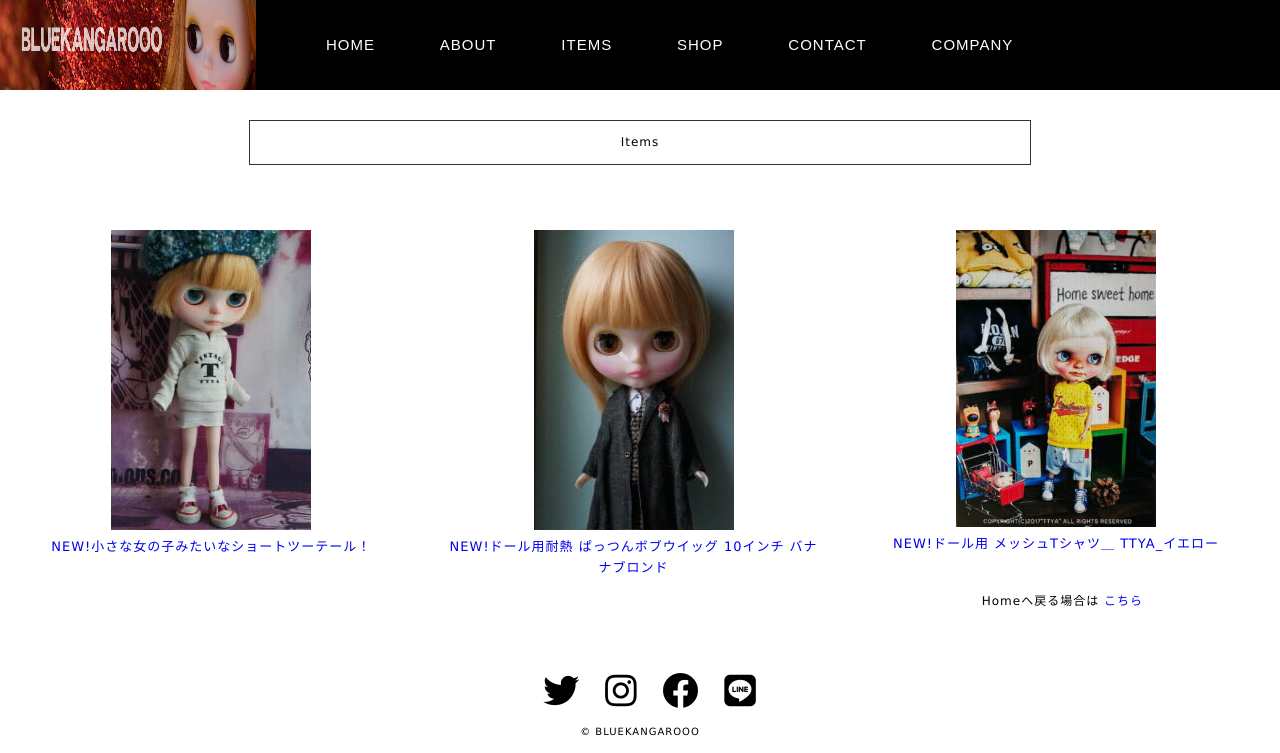
Repository: xiezom/test
Page: http://localhost/ecsite/items.jsp
The author's editor kept a copy of each file at every save. The page is drawn from the files as they stood at one save, then again after the next save.
The browser window is 1280 px wide. The pictures show the whole page.
Some web libraries are served in a nearby version. The page is served by Tomcat 9.

Above is the page before, as saved 2019-03-26 04:43:39.

After the next save:
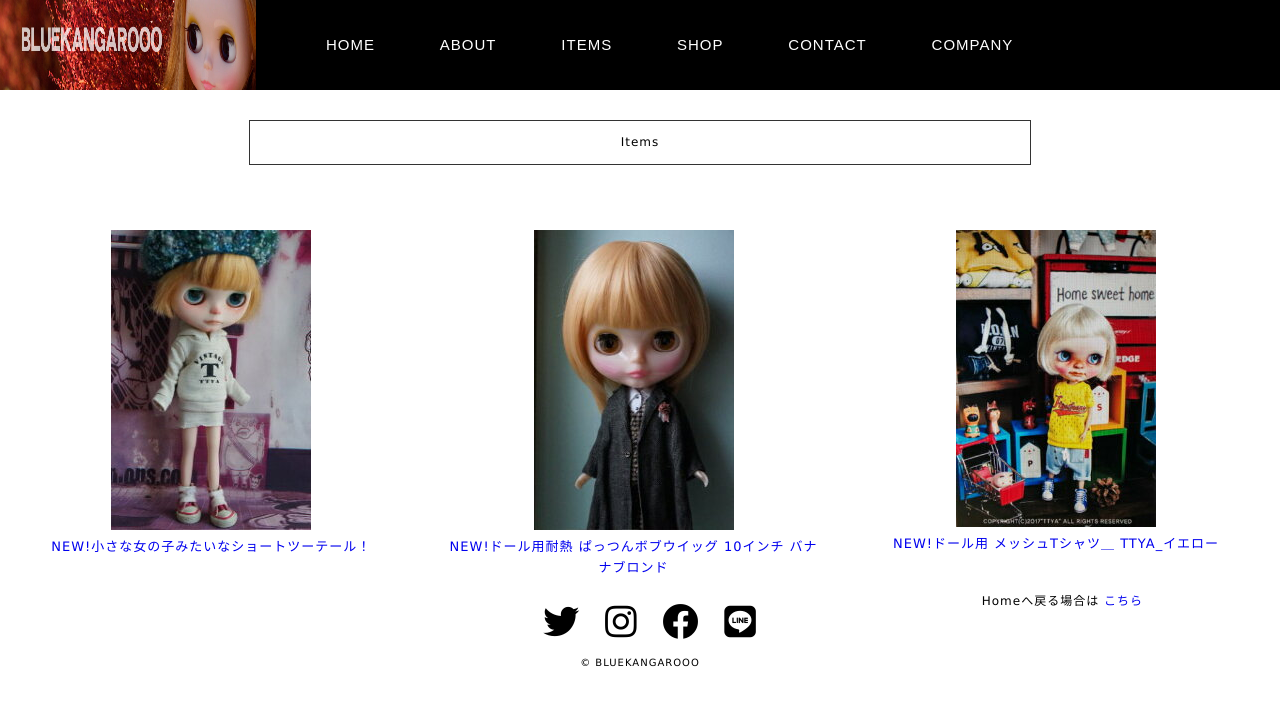
Saved 8 s later.
--- a/ecsite/WebContent/css/items_style.css
+++ b/ecsite/WebContent/css/items_style.css
@@ -63,7 +63,7 @@
 		.main {
 			clear: both;
 			width: 100%;
-			height: auto;
+			height: 350px;
 			text-align: center;
 		}
 
